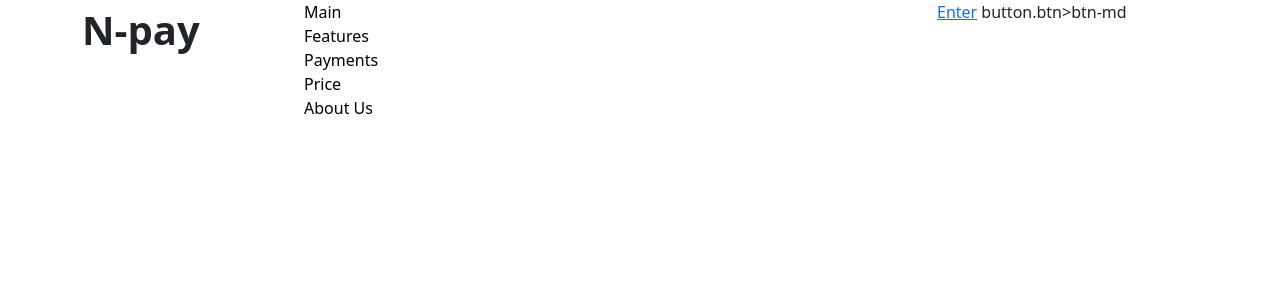
Repository: Senianga/N-pay
Page: index.html
These files come from the project's save history. The page is drawn as it stood at one moment and after the next save; the edit follows.
The browser window is 1280 px wide. The pictures show the whole page.
The style sheet was rebuilt from its Sass, Less or Tailwind sources for each picture, by a compiler version that may differ from the author's.

Above is the page before, as saved 2023-04-30 12:40:34.

### index.html
<!doctype html>
<html lang="en">
  <head>
    <meta charset="utf-8">
    <meta name="viewport" content="width=device-width, initial-scale=1">
    <title>N-pay</title>
    <link rel="stylesheet" href="css/normalize.css">
    <link rel="stylesheet" href="css/style.css">
    <link href="https://cdn.jsdelivr.net/npm/bootstrap@5.3.0-alpha3/dist/css/bootstrap.min.css" rel="stylesheet" integrity="sha384-KK94CHFLLe+nY2dmCWGMq91rCGa5gtU4mk92HdvYe+M/SXH301p5ILy+dN9+nJOZ" crossorigin="anonymous">
  </head>
  <body>
    <header>
        <nav class="container">
            <div class="row ali">
                <div class="logo col-2 justify-content-start">
                    <span class="justify-content-start fs-1 fw-bold ">N-pay</span>
                </div>
                <div class="navigation col-7 ">
                    <ul class="">
                        <li class="list-unstyled"><a href="#" class="text-black text-decoration-none">Main</a>  </li>
                        <li class="list-unstyled"><a href="#" class="text-black text-decoration-none">Features</a>  </li>
                        <li class="list-unstyled"><a href="#" class="text-black text-decoration-none">Payments</a>  </li>
                        <li class="list-unstyled"><a href="#" class="text-black text-decoration-none">Price</a>  </li>
                        <li class="list-unstyled"><a href="#" class="text-black text-decoration-none">About Us</a>  </li>
                    </ul>
                </div>
                <div class="enter-bar col-3 justify-content-end">
                    <a href="#" class="enter">Enter</a>
                    button.btn>btn-md
                </div>
            </row>
        </nav>
    </header>




    <script src="https://cdn.jsdelivr.net/npm/bootstrap@5.3.0-alpha3/dist/js/bootstrap.bundle.min.js" integrity="sha384-ENjdO4Dr2bkBIFxQpeoTz1HIcje39Wm4jDKdf19U8gI4ddQ3GYNS7NTKfAdVQSZe" crossorigin="anonymous"></script>
  </body>
</html>

### style.scss
// li {
//     list-style: none;
// }

Loaded but not shown: css/normalize.css (no stored copy; drawn as an empty file)

After the next save:
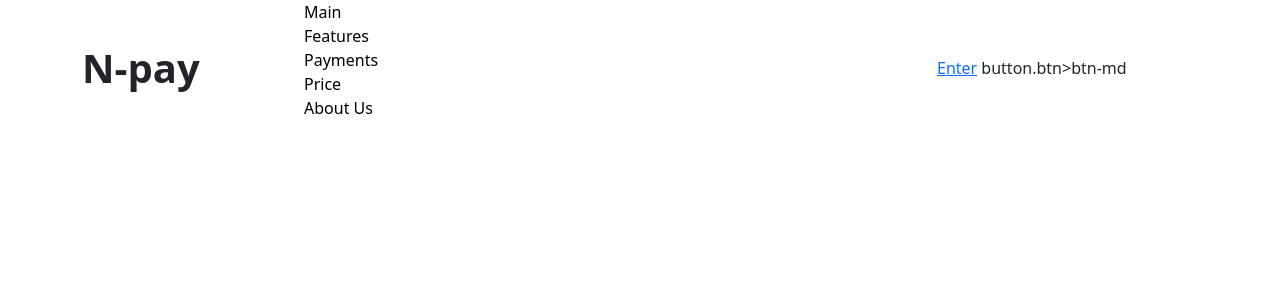
Saved 19 s later.
--- a/index.html
+++ b/index.html
@@ -11,7 +11,7 @@
   <body>
     <header>
         <nav class="container">
-            <div class="row ali">
+            <div class="row align-items-lg-center">
                 <div class="logo col-2 justify-content-start">
                     <span class="justify-content-start fs-1 fw-bold ">N-pay</span>
                 </div>

After the 2 saves that followed:
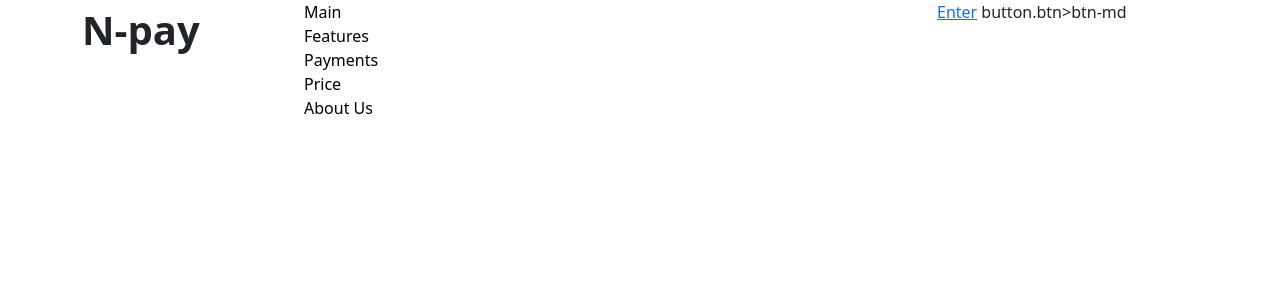
The 2 saves are shown as one change because they came seconds apart.
The last was saved 18 s later.
--- a/index.html
+++ b/index.html
@@ -11,7 +11,7 @@
   <body>
     <header>
         <nav class="container">
-            <div class="row align-items-lg-center">
+            <div class="row align-items-xxl-center">
                 <div class="logo col-2 justify-content-start">
                     <span class="justify-content-start fs-1 fw-bold ">N-pay</span>
                 </div>
